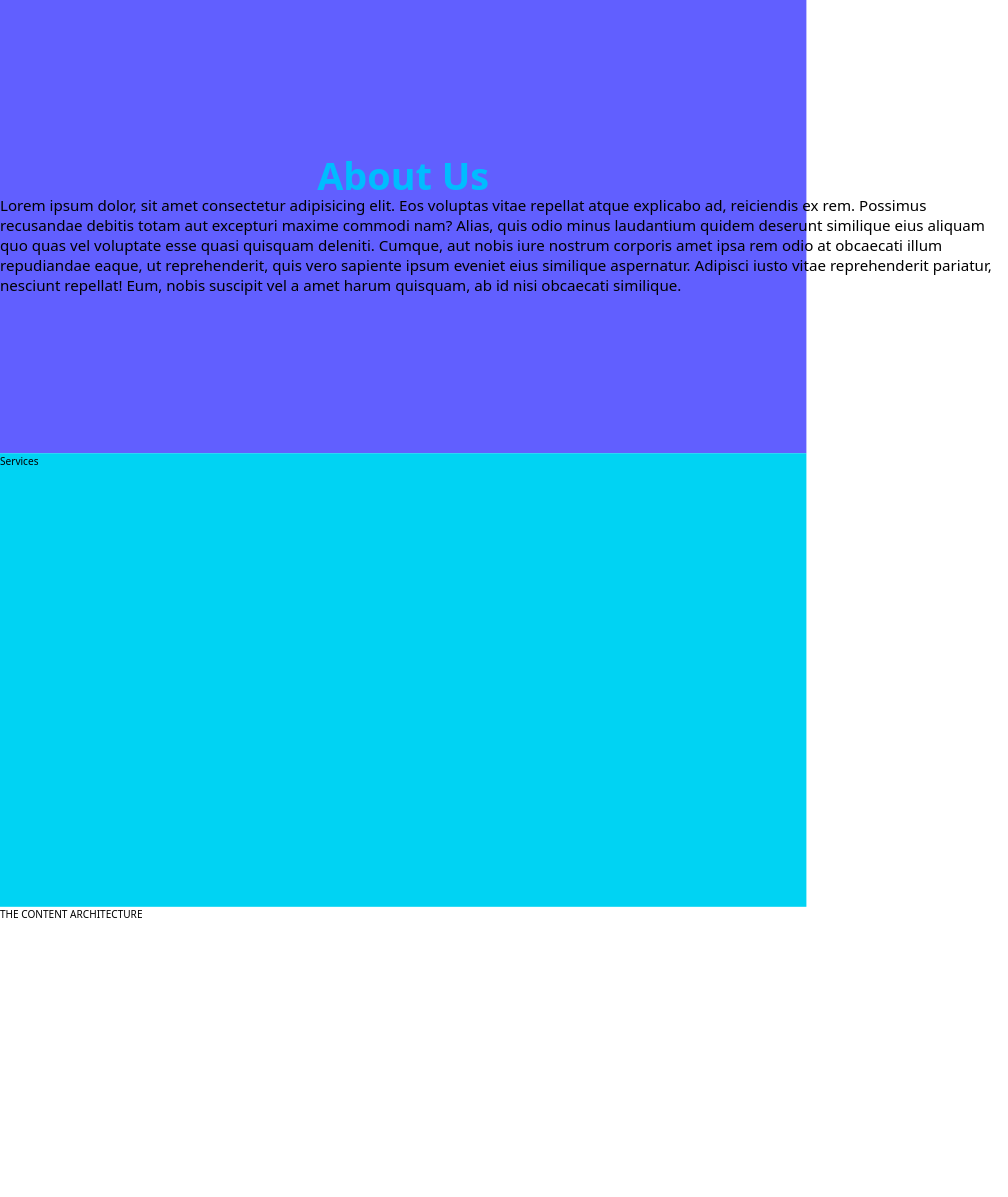
Repository: ajay-maurya-dev/Login
Page: /
These files come from the project's save history. The page is drawn as it stood at one moment and after the next save; the edit follows.
The browser window is 1280 px wide. The page is 1600 px wide, then 1280 px, so the pictures cover 1600 px, including what lies to the right of the window. The pictures show the part of the page from y = 720 to 2620 px (the page is 2880 px tall before and 4044 px after), at 63% of full size.
Backgrounds fixed to the window are drawn as part of the page. The project was rebuilt for these pictures with package versions that can differ from the ones it lists, and the page was loaded fresh each time. Also part of the build but not shown: vite.config.js.

Above is the page before, as saved 2026-10-24 23:41:31.

### index.html
<!doctype html>
<html lang="en">
  <head>
    <meta charset="UTF-8" />
    <link rel="icon" type="image/svg+xml" href="/favicon.svg" />
    <meta name="viewport" content="width=device-width, initial-scale=1.0" />
    <title>homepage</title>
  </head>
  <body>
    <div id="root"></div>
    <script type="module" src="/src/main.jsx"></script>
  </body>
</html>

### src/index.css
@import "tailwindcss";
@custom-variant dark (&:where(.dark, .dark *));

html {
  scroll-behavior: smooth;
}

### src/App.jsx
import About from "./components/About";
import Footer from "./components/footer";
import Home from "./components/Home";
import Navbar from "./components/Navbar";
import Services from "./components/Services";

function App() {
  return (
    <div className="min-h-screen w-full dark:bg-black dark:text-white">
      {/* Navbar stays fixed or at the top */}
      <Navbar />

      {/* Wrap sections with unique IDs */}
      <section id="home">
        <Home />
      </section>

      <section id="about">
        <About />
      </section>
      <section id="services">
        <Services/>
      </section>
      <Footer />
    </div>
  );
}

export default App;

### src/components/About.jsx


function About() {
  return (
    <div className="w-full min-h-screen bg-indigo-500 z-10 text-2xl dark:bg-black dark:text-white bg-fixed justify-center flex flex-col">
        <h4 className="text-6xl font-extrabold text-sky-400 text-center">About Us</h4>
        <div className="text-2xl dark:text-white w-400">
        <p className="">Lorem ipsum dolor, sit amet consectetur adipisicing elit. Eos voluptas vitae repellat atque explicabo ad, reiciendis ex rem. Possimus recusandae debitis totam aut excepturi maxime commodi nam? Alias, quis odio minus laudantium quidem deserunt similique eius aliquam quo quas vel voluptate esse quasi quisquam deleniti. Cumque, aut nobis iure nostrum corporis amet ipsa rem odio at obcaecati illum repudiandae eaque, ut reprehenderit, quis vero sapiente ipsum eveniet eius similique aspernatur. Adipisci iusto vitae reprehenderit pariatur, nesciunt repellat! Eum, nobis suscipit vel a amet harum quisquam, ab id nisi obcaecati similique.</p>
        </div>
    </div>
  )
}

export default About

### src/components/footer.jsx


function Footer() {
  return (
  <footer className="w-full h-screen dark:bg-black dark:text-white">
    <h1>THE CONTENT ARCHITECTURE</h1>
  </footer>
  )
}

export default Footer

### src/components/Home.jsx



function Home() {
  return (
    <div className="flex w-full justify-center items-center min-h-screen dark:bg-black bg-[url(https://images.unsplash.com/photo-1757513189385-580a91ac7fe4?q=80&w=2070&auto=format&fit=crop&ixlib=rb-4.1.0&ixid=NHwxMjA3fDA%3D)] bg-cover bg-fixed">
    <div className="py-1 text-sky-900 border border-amber-50 text-9xl font-bold flex items-center">
      <h1 className="">BRAND SHOES</h1>
    </div>
    </div>
  );
}

export default Home;

### src/components/Navbar.jsx
import Dark from "./Dark";

function Navbar() {


  return (
    <nav className="flex rounded-4xl text-gray-500 to-white px-10 md:flex-row md:items-center md:h-10 md:w-full dark:bg-black dark:text-white sm:h-full sm:flex-col sm:w-4/7 sm:items-start top-0 fixed ">
      <div className=" flex-1 text-2xl cursor-pointer font-extrabold">LOGO</div>
      <div className="flex flex-1 gap-10 test-2xl font-bold md:flex-row sm:flex-col ">
        <h3 className="cursor-pointer hover:text-cyan-500 active:scale-95 ">
          <a href="#home">HOME</a>
        </h3>
        <h3 className="cursor-pointer hover:text-cyan-500 active:scale-95">
          <a href="#about">ABOUT</a>
        </h3>
        <h3 className="cursor-pointer hover:text-cyan-500 active:scale-95">
          <a href="#services">SERVICES</a>
        </h3>
        <h3 className="cursor-pointer hover:text-cyan-500 active:scale-95">
          PROFILE
        </h3>
        <Dark/>
      </div>
    </nav>
  );
}

export default Navbar;

### src/components/Services.jsx


function Services() {
  return (
    <div className="bg-cyan-400 h-screen w-screen z-20">
      <h1>Services</h1>
    </div>
  )
}

export default Services

### src/components/Dark.jsx
import { useState, useEffect } from "react";

export default function Dark() {
  const [isDark, setIsDark] = useState(false);

  // Sync the true/false state to the HTML document tag
  useEffect(() => {
    const root = window.document.documentElement;
    if (isDark) {
      root.classList.add("dark");
    } else {
      root.classList.remove("dark");
    }
  }, [isDark]);

  return (
    <button
      className="px-1 text-xl rounded-full bg-transparent dark:bg-neutral-800 transition-colors duration-200"
      onClick={() => setIsDark((prev) => !prev)}
    >
      {isDark ? "☀️" : "🌙"}
    </button>
  );
}

Loaded but not shown: src/main.jsx (common file)

After the next save:
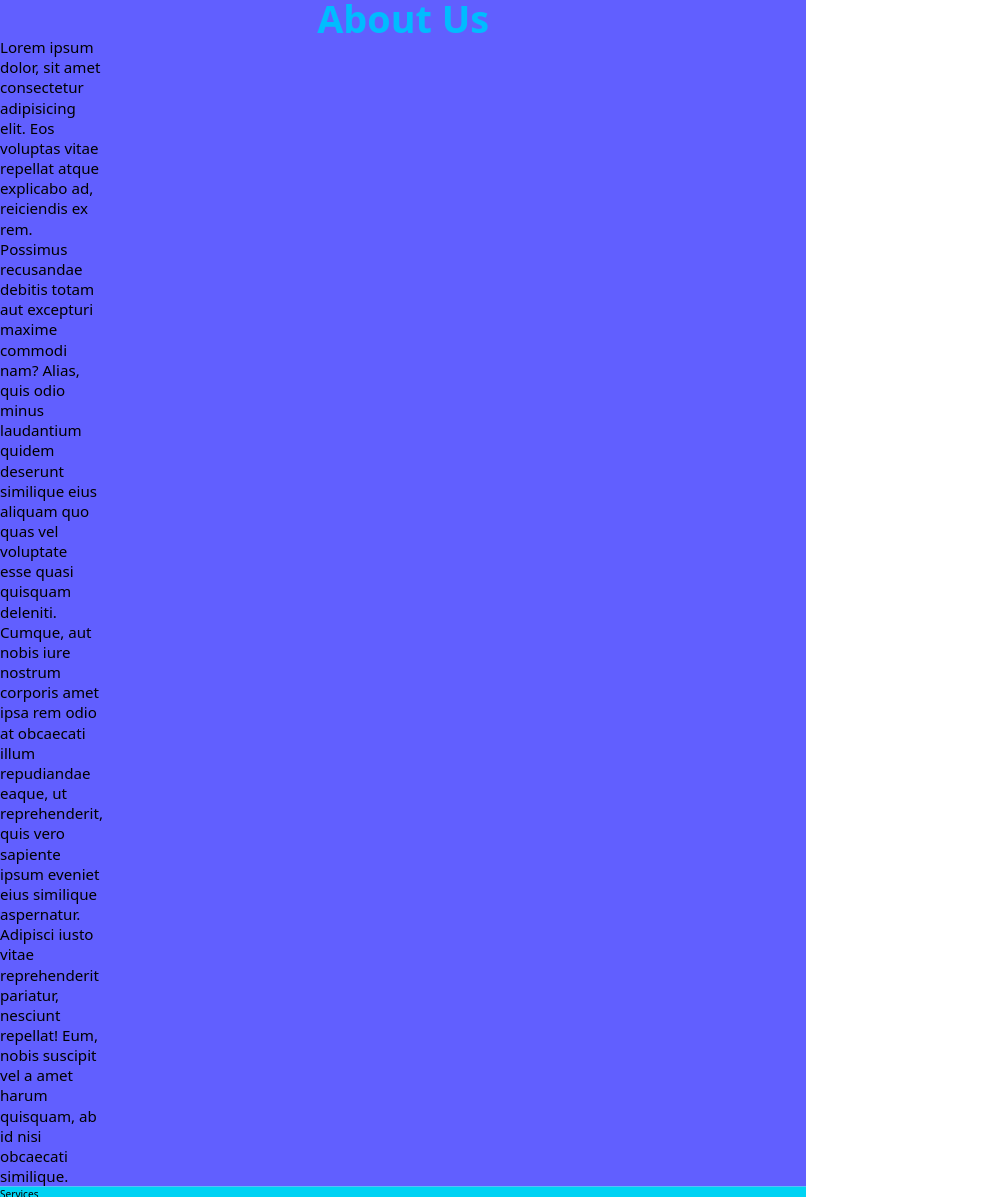
Saved 8 s later.
--- a/src/components/About.jsx
+++ b/src/components/About.jsx
@@ -4,7 +4,7 @@ function About() {
   return (
     <div className="w-full min-h-screen bg-indigo-500 z-10 text-2xl dark:bg-black dark:text-white bg-fixed justify-center flex flex-col">
         <h4 className="text-6xl font-extrabold text-sky-400 text-center">About Us</h4>
-        <div className="text-2xl dark:text-white w-400">
+        <div className="text-2xl dark:text-white w-40">
         <p className="">Lorem ipsum dolor, sit amet consectetur adipisicing elit. Eos voluptas vitae repellat atque explicabo ad, reiciendis ex rem. Possimus recusandae debitis totam aut excepturi maxime commodi nam? Alias, quis odio minus laudantium quidem deserunt similique eius aliquam quo quas vel voluptate esse quasi quisquam deleniti. Cumque, aut nobis iure nostrum corporis amet ipsa rem odio at obcaecati illum repudiandae eaque, ut reprehenderit, quis vero sapiente ipsum eveniet eius similique aspernatur. Adipisci iusto vitae reprehenderit pariatur, nesciunt repellat! Eum, nobis suscipit vel a amet harum quisquam, ab id nisi obcaecati similique.</p>
         </div>
     </div>
